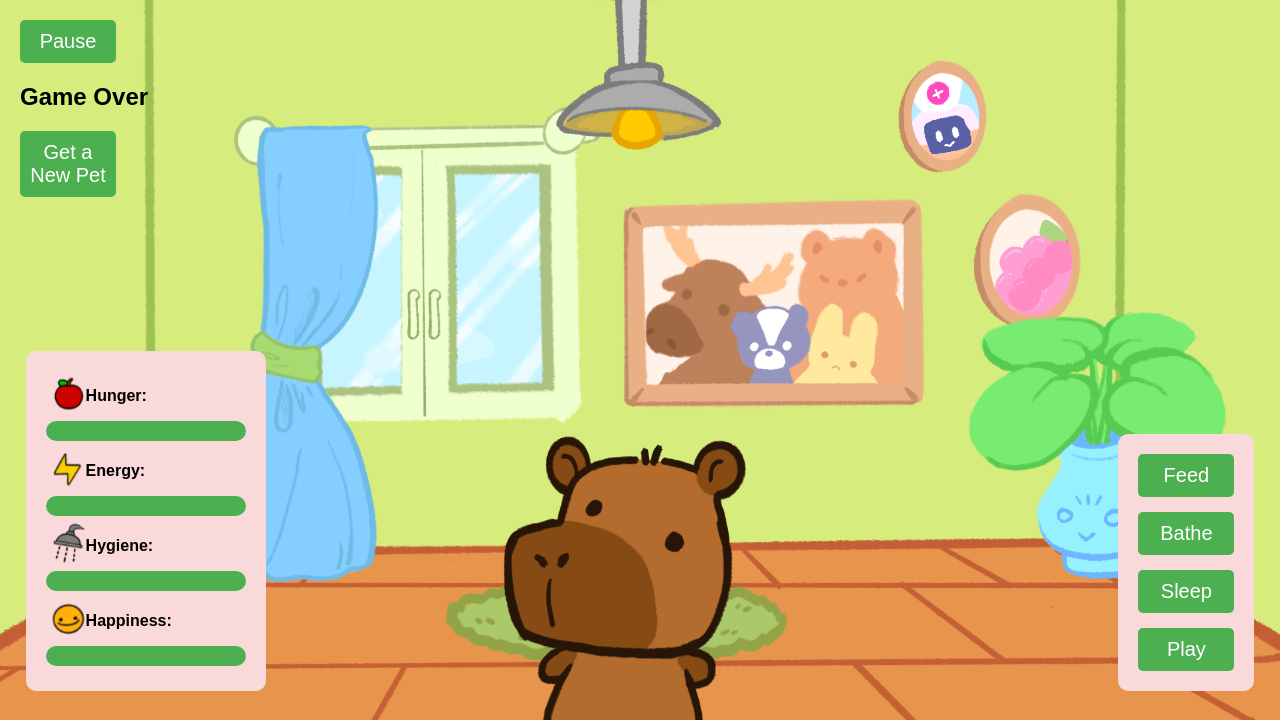
Repository: sarahjx/CapyCare
Page: html/index.html
An editor plug-in stored every save of this project. The page is shown before and after the next save, followed by the edit.
The browser window is 1280 px wide. The pictures show the whole page.
Some web fonts or font styles are not loaded; a fallback is used.

Above is the page before, as saved 2025-05-01 14:39:03.
Console error: TypeError: Cannot set properties of null (setting 'innerText')

After the next save:
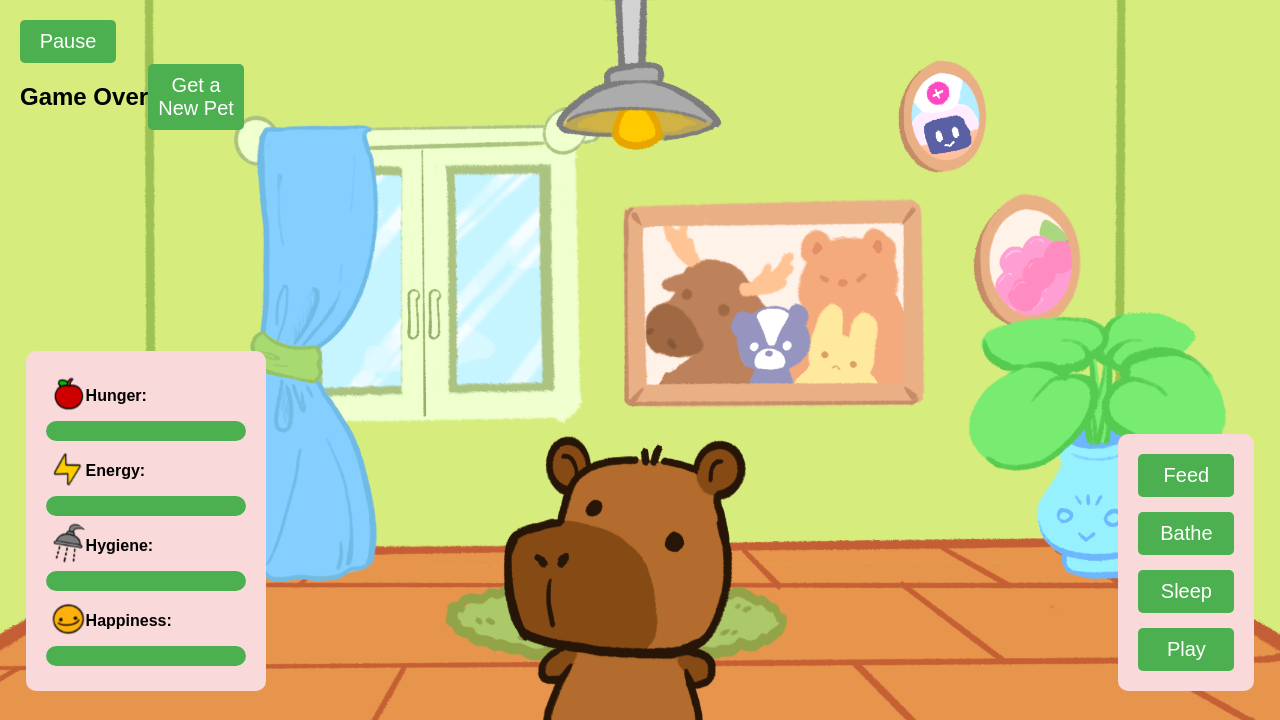
Saved 6 min 29 s later.
--- a/css/statusbar.css
+++ b/css/statusbar.css
@@ -167,7 +167,7 @@ button:hover {
   display: none;
 }
 
-.game-over-screen {
+.game-over-content {
   /* display: none; */
   position: fixed;
   display: flex;
